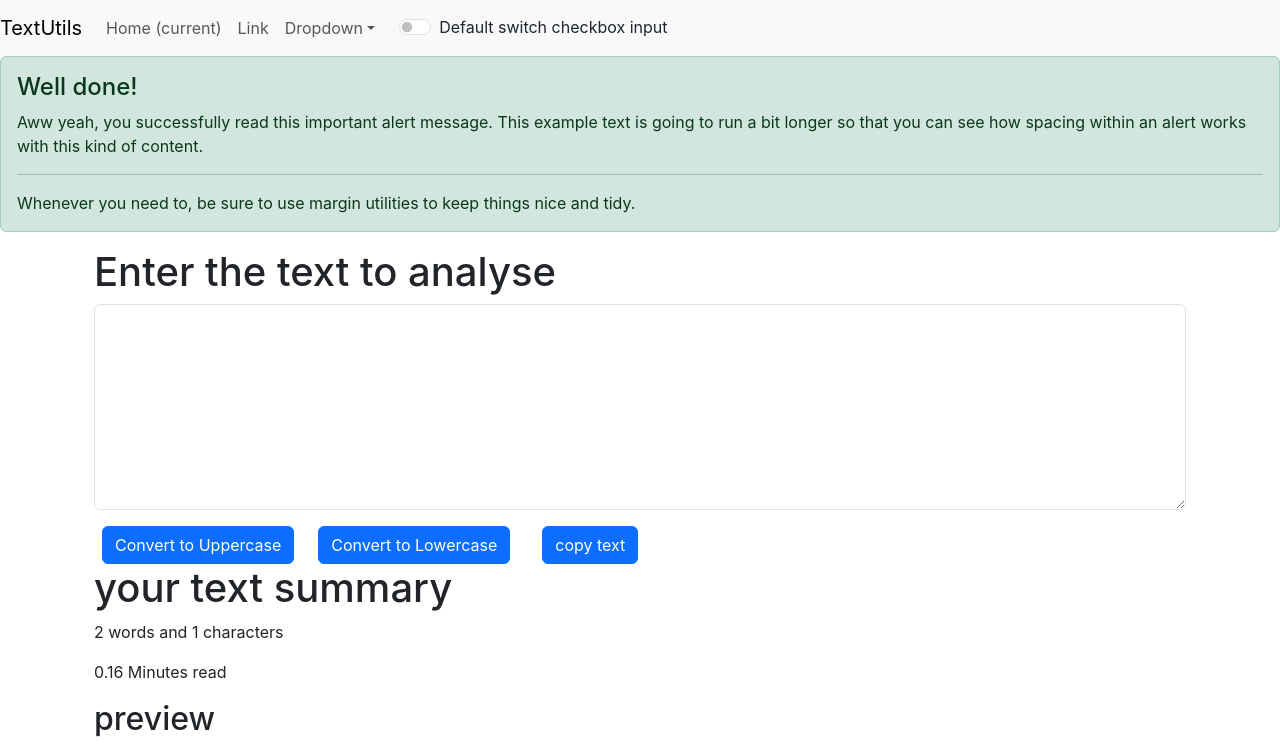
Repository: Aastha1035/React.navbar
Page: /
These files come from the project's save history. The page is drawn as it stood at one moment and after the next save; the edit follows.
The browser window is 1280 px wide. The pictures show the whole page.
The project was rebuilt for these pictures with package versions that can differ from the ones it lists, and the page was loaded fresh each time. Also part of the build but not shown: src/App.css.

Above is the page before, as saved 2024-07-18 01:20:01.

After the next save:
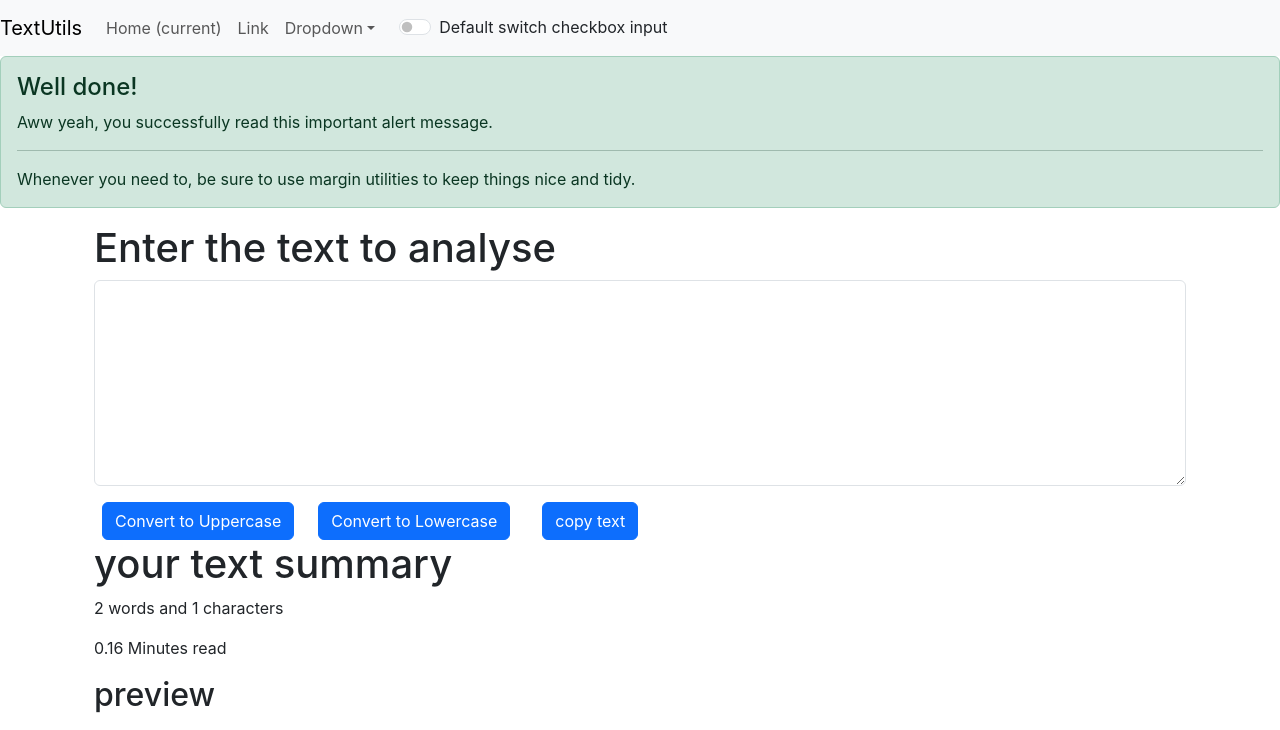
Saved 85 s later.
--- a/src/components/Alert.js
+++ b/src/components/Alert.js
@@ -5,9 +5,7 @@ export default function Alert() {
       <div class="alert alert-success" role="alert">
         <h4 class="alert-heading">Well done!</h4>
         <p>Aww yeah, you successfully read this
-        important alert message. This example text is going to run a
-        bit longer so that you can see how spacing within an alert works
-        with this kind of content.</p>
+        important alert message.</p>
         <hr/>
         <p class="mb-0">Whenever you need to, be sure to
         use margin utilities to keep things nice and tidy.</p>
